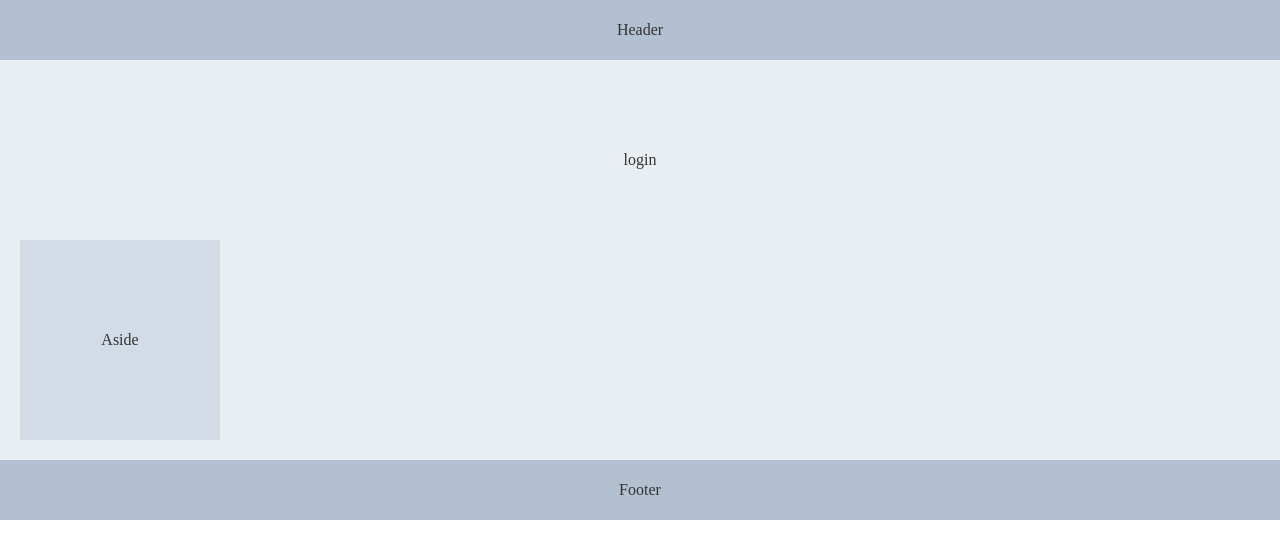
Repository: Trayvon21/cnode
Page: /login
These files come from the project's save history. The page is drawn as it stood at one moment and after the next save; the edit follows.
The browser window is 1280 px wide. The pictures show the whole page.
The project was rebuilt for these pictures with package versions that can differ from the ones it lists, and the page was loaded fresh each time. Also part of the build but not shown: vue.config.js.

Above is the page before, as saved 2019-12-16 13:25:21.

After the next save:
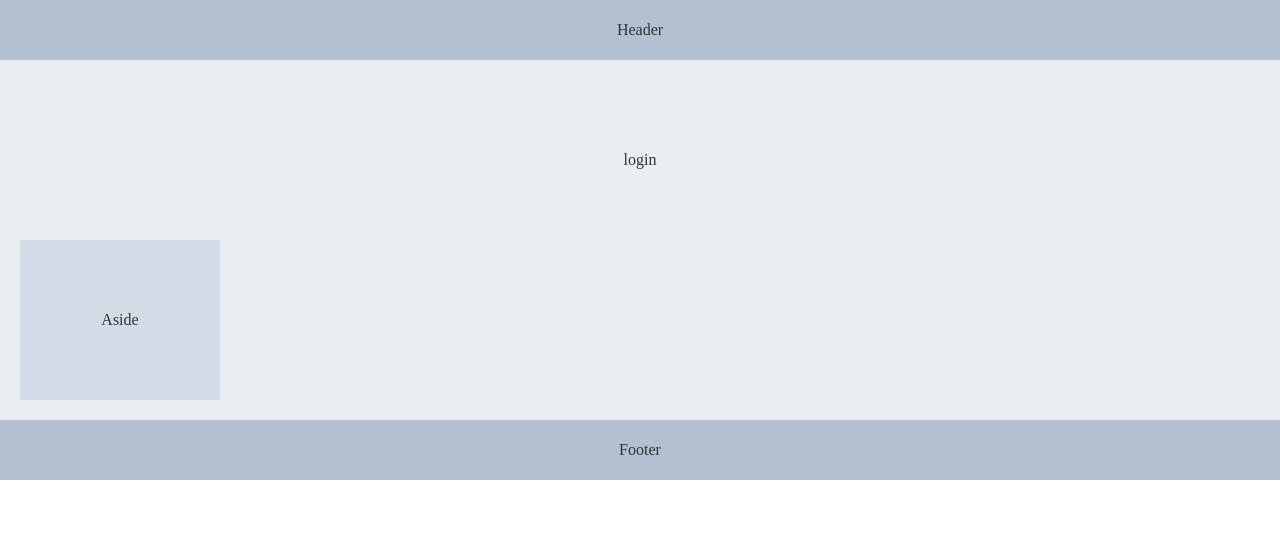
Saved 43 s later.
--- a/src/views/Home.vue
+++ b/src/views/Home.vue
@@ -35,7 +35,6 @@ export default {
   background-color: #d3dce6;
   color: #333;
   text-align: center;
-  line-height: 200px;
 }
 .el-header,
 .el-footer {
